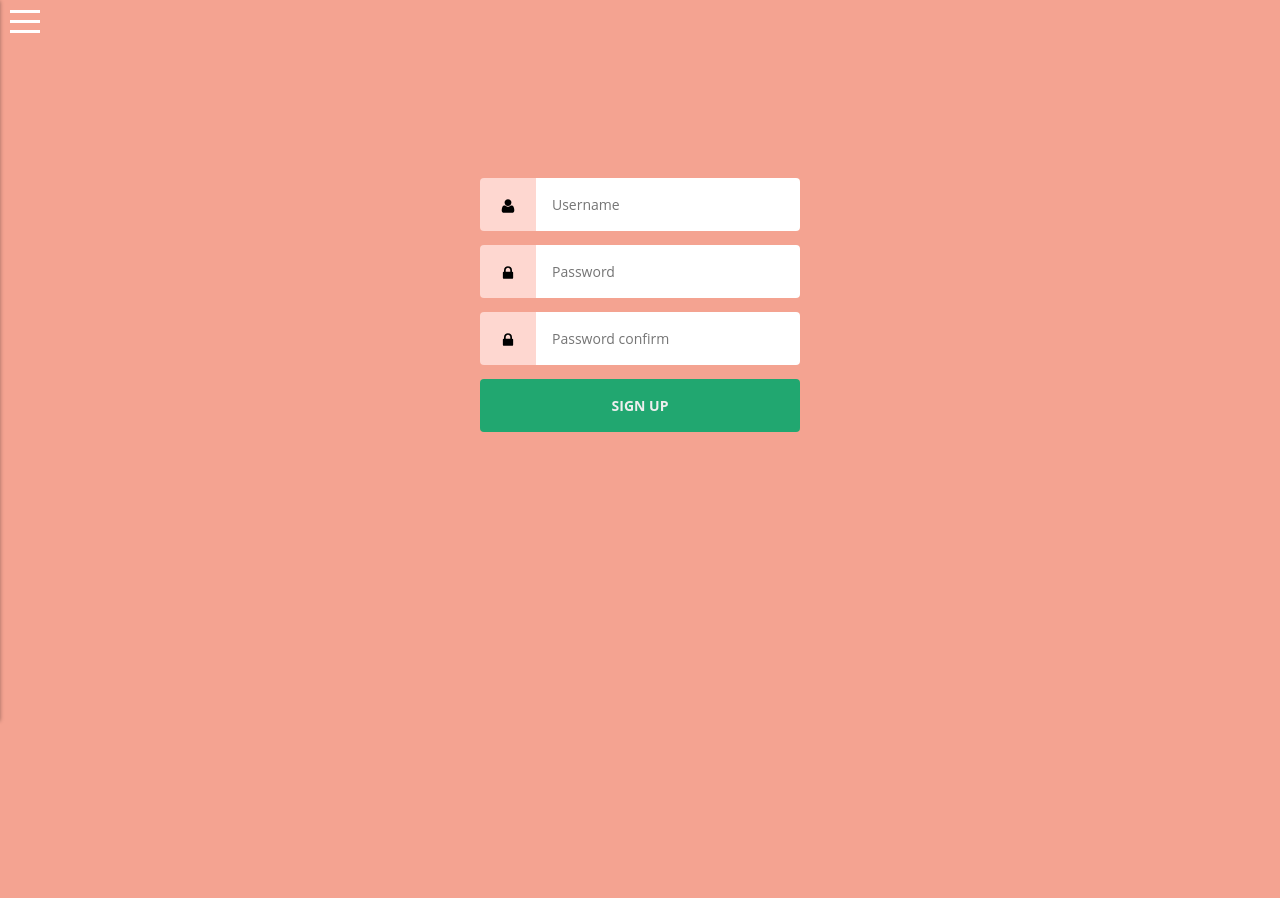
Repository: se-yoo/ChangeSeat
Page: http://localhost/ChangeSeat/signUp.jsp
The author's editor kept a copy of each file at every save. The page is drawn from the files as they stood at one save, then again after the next save.
The browser window is 1280 px wide. The pictures show the whole page.
Some web libraries are served in a nearby version. The page is served by Tomcat 9.

Above is the page before, as saved 2018-06-25 09:50:50.

After the next save:
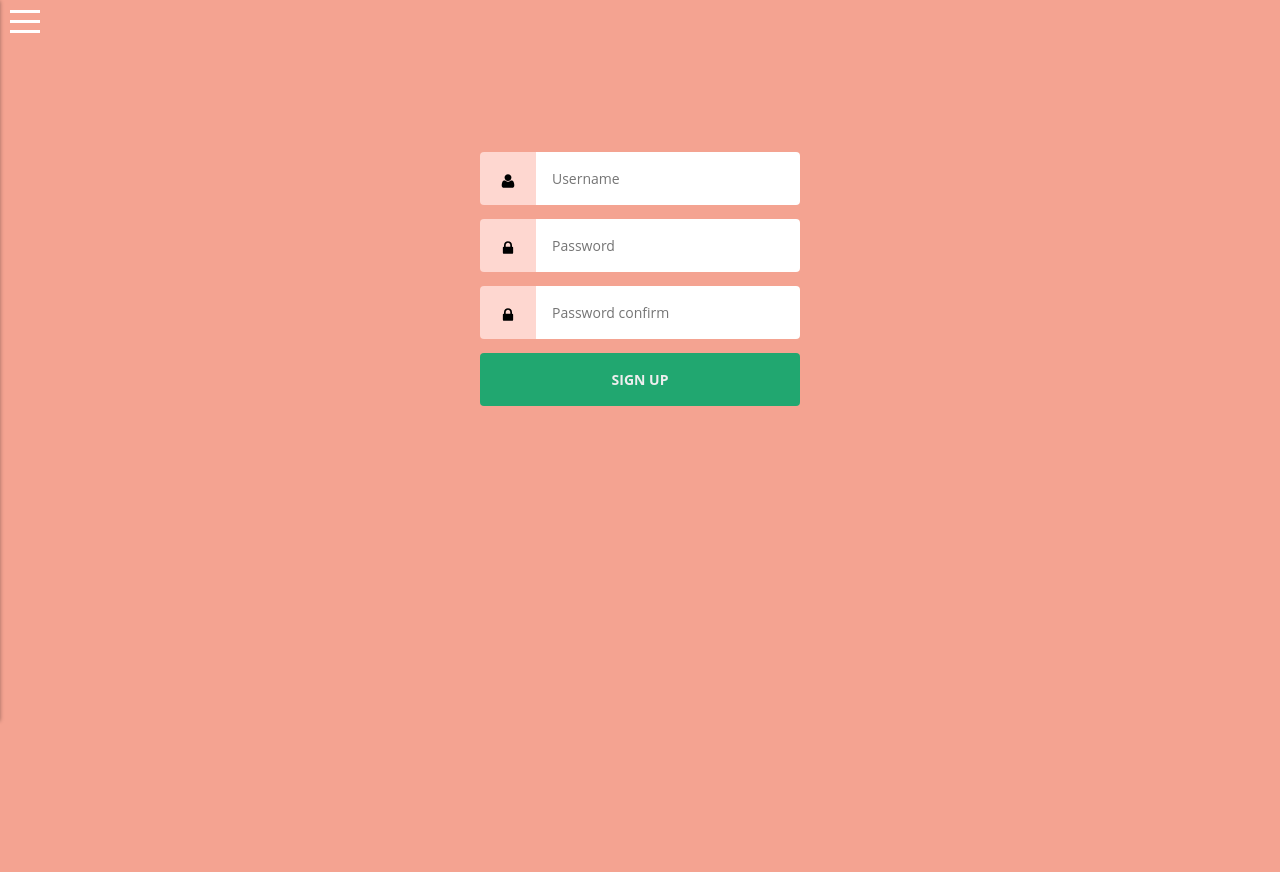
Saved 16 s later.
--- a/ChangeSeat/WebContent/signUpStyle.css
+++ b/ChangeSeat/WebContent/signUpStyle.css
@@ -25,7 +25,7 @@ body{
 }
 
 .grid {
-  margin-top:15%;
+  margin-top:13%;
   margin-left: auto;
   margin-right: auto;
   max-width: var(--gridMaxWidth);
